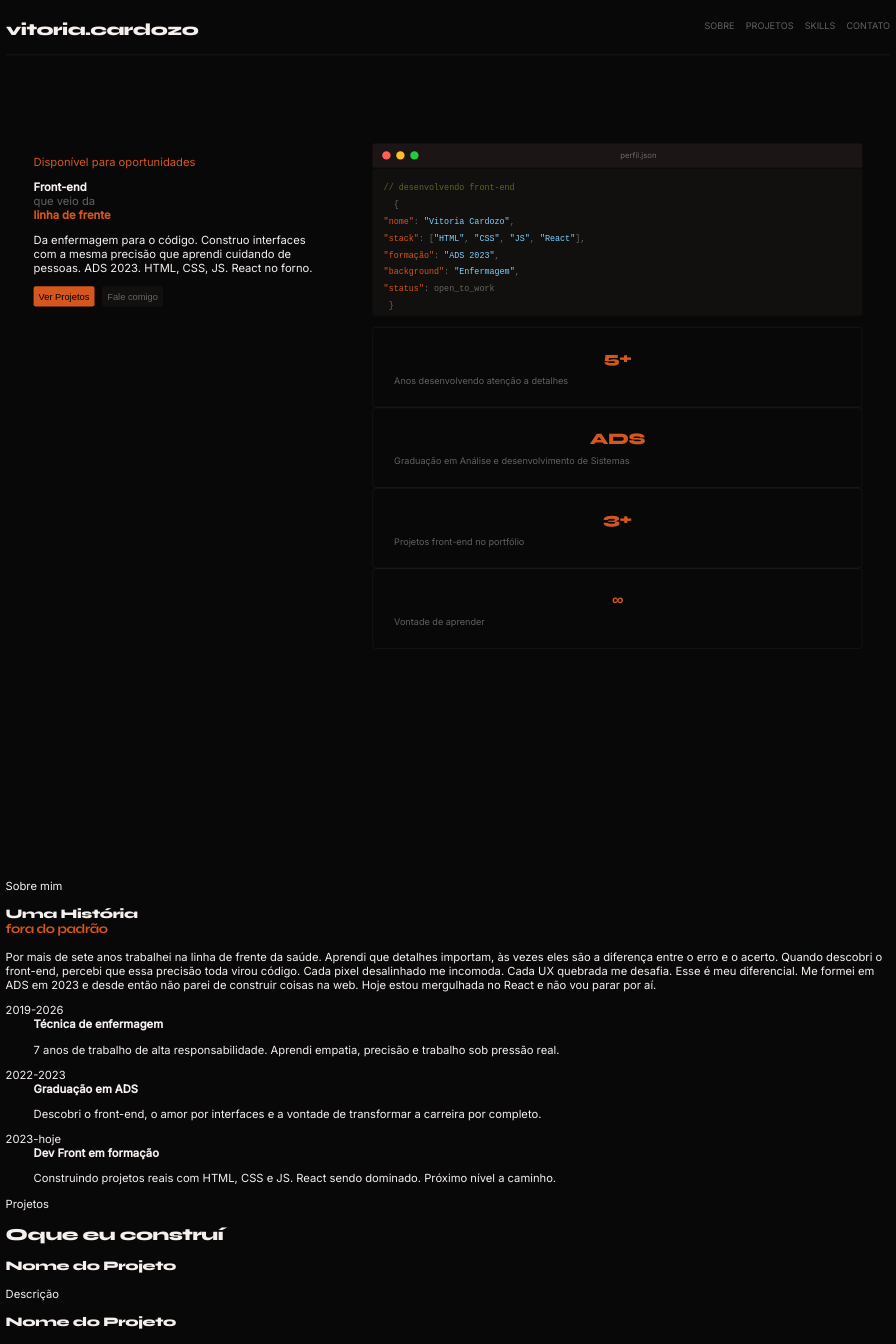
Repository: Bitroia/Portifolio
Page: index.html
An editor plug-in stored every save of this project. The page is shown before and after a run of saves, followed by the edit.
The browser window is 1280 px wide. The pictures show the part of the page from y = 0 to 1920 px (the page is 2899 px tall), at 70% of full size.
Some web fonts or font styles are not loaded; a fallback is used.

Above is the page before, as saved 2026-04-29 19:02:48.

After the next 3 saves:
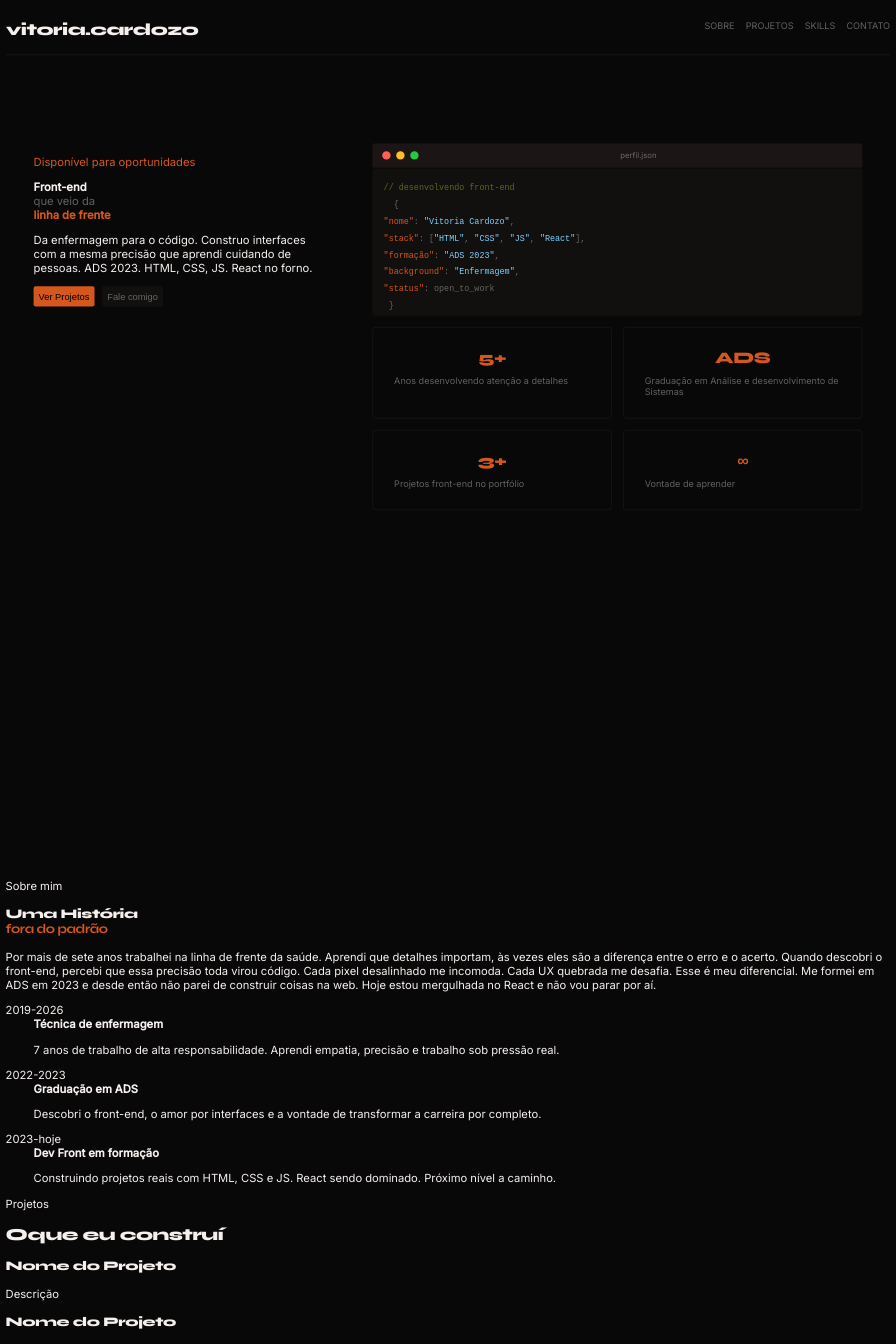
The 3 saves are shown as one change because they came seconds apart.
The last was saved 9 s later.
--- a/styles/style.css
+++ b/styles/style.css
@@ -168,7 +168,7 @@
 
 .mini-cards-container {
   display: grid;
-  gr
+  grid-template-columns: repeat(2,1fr);
   gap: 16px;
   width: 700px;
   flex-wrap: wrap;
